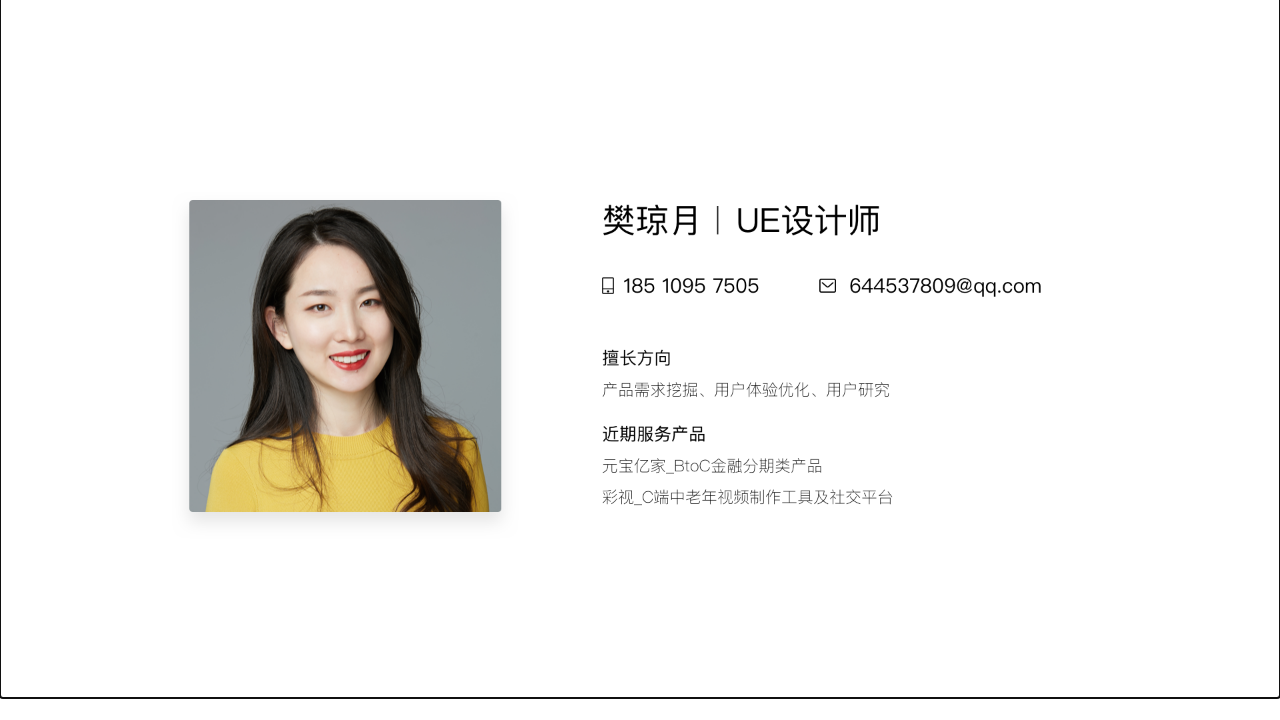
Repository: fanqiongyuer/fanqiongyuer.github.io
Page: design/123.html
The author's editor kept a copy of each file at every save. The page is drawn from the files as they stood at one save, then again after the next save.
The browser window is 1280 px wide. The pictures show the whole page.
The first visible `.swiper-button-next` has the focus.

Above is the page before, as saved 2019-03-06 21:58:05.

After the next save:
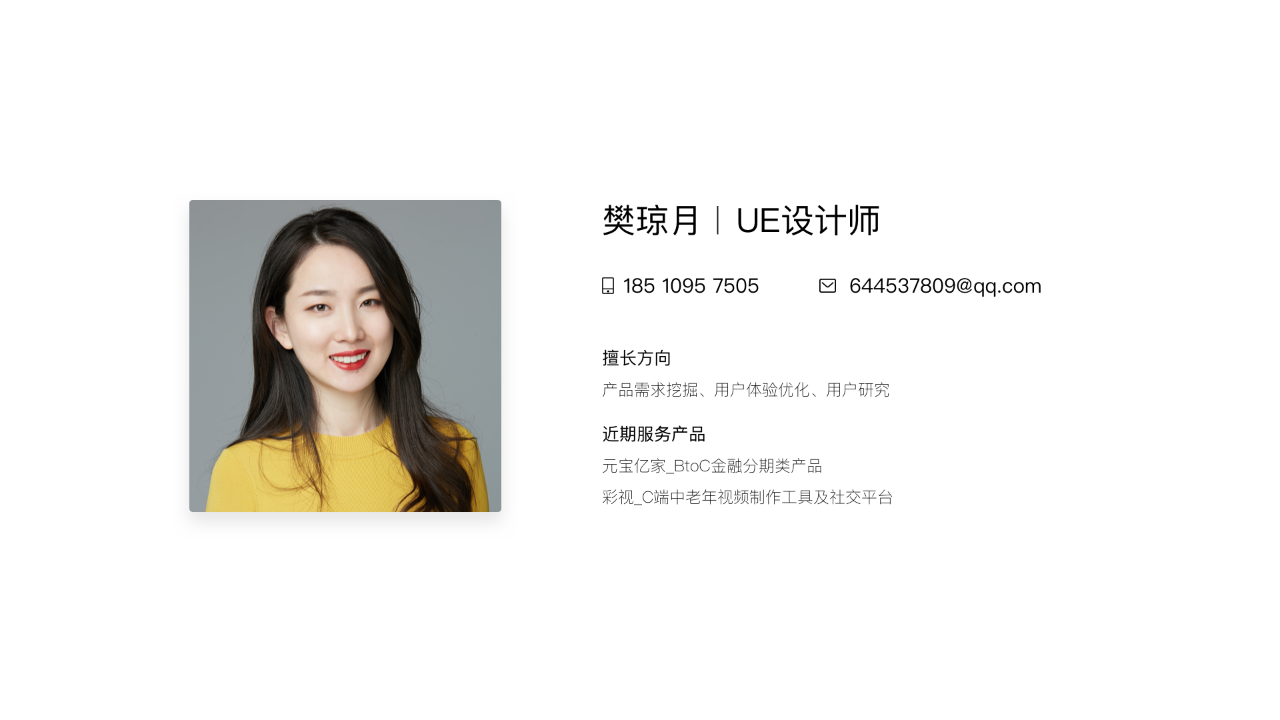
Saved 42 s later.
--- a/design/123.html
+++ b/design/123.html
@@ -23,6 +23,9 @@
         width: 100%;
         height: 100%;
         background: none;
+    }
+    .swiper-button-next:focus{
+        outline: none;
     }
     .swiper-slide img{
         width: 100%;
